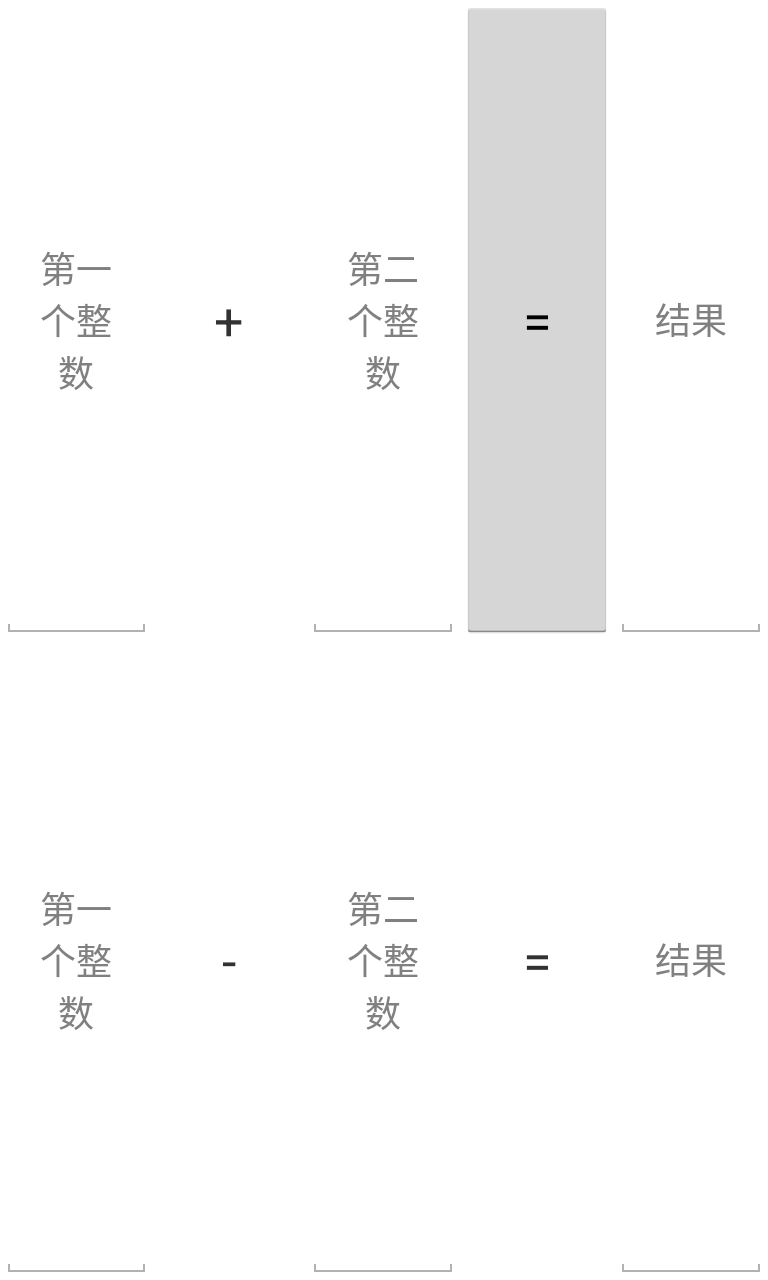
Repository: ouyangshengduo/Android_NDK_First
Layout: Android_NDK_Demo001/res/layout/activity_main.xml
The author's editor kept a copy of each file at every save. The layout is drawn from the files as they stood at one save, then again after the next save.
It is drawn on a 768 x 1280 px phone screen (xhdpi) without system bars, with theme AppTheme; the app's code is not run.

Above is the layout before, as saved 2016-06-10 04:19:40.

### Android_NDK_Demo001/res/layout/activity_main.xml
<LinearLayout xmlns:android="http://schemas.android.com/apk/res/android"
    xmlns:tools="http://schemas.android.com/tools"
    android:layout_width="fill_parent"
    android:layout_height="fill_parent"
    android:orientation="vertical">

    <LinearLayout
        android:layout_height="0dp"
        android:layout_width="fill_parent"
        android:layout_weight="1"
        android:orientation="horizontal">

        <EditText
            android:id="@+id/etAdd_A"
            android:layout_width="0dp"
            android:layout_height="fill_parent"
            android:layout_weight="1"
            android:hint="第一个整数"
            android:gravity="center"
            />
        <TextView
            android:layout_height="fill_parent"
            android:layout_width="0dp"
            android:layout_weight="1"
            android:layout_gravity="center"
            android:gravity="center"
            android:text="+"
            android:textSize="26sp"/>

        <EditText
            android:id="@+id/etAdd_B"
            android:layout_width="0dp"
            android:layout_height="fill_parent"
            android:layout_weight="1"
            android:hint="第二个整数"
            android:gravity="center"
            />
        <Button
            android:id="@+id/btn_Add"
            android:layout_height="fill_parent"
            android:layout_width="0dp"
            android:layout_weight="1"
            android:gravity="center"
            android:text="="
            android:textSize="26sp"/>

        <EditText
            android:id="@+id/etAddResult"
            android:layout_width="0dp"
            android:layout_height="fill_parent"
            android:layout_weight="1"
            android:hint="结果"
            android:gravity="center"
            />
    </LinearLayout>

    <LinearLayout
        android:layout_height="0dp"
        android:layout_width="fill_parent"
        android:layout_weight="1"
        android:orientation="horizontal">

        <EditText
            android:id="@+id/etSub_A"
            android:layout_width="0dp"
            android:layout_height="fill_parent"
            android:layout_weight="1"
            android:hint="第一个整数"
            android:gravity="center"
            />
        <TextView
            android:layout_height="fill_parent"
            android:layout_width="0dp"
            android:layout_weight="1"
            android:layout_gravity="center"
            android:gravity="center"
            android:text="-"
            android:textSize="26sp"/>

        <EditText
            android:id="@+id/etSub_B"
            android:layout_width="0dp"
            android:layout_height="fill_parent"
            android:layout_weight="1"
            android:hint="第二个整数"
            android:gravity="center"
            />
        <TextView
            android:layout_height="fill_parent"
            android:layout_width="0dp"
            android:layout_weight="1"
            android:gravity="center"
            android:text="="
            android:textSize="26sp"/>

        <EditText
            android:id="@+id/etSubResult"
            android:layout_width="0dp"
            android:layout_height="fill_parent"
            android:layout_weight="1"
            android:hint="结果"
            android:gravity="center"
            />
    </LinearLayout>

</LinearLayout>

Loaded but not shown: Android_NDK_Demo001/res/values/styles.xml (common file); Android_NDK_Demo001/res/values-v11/styles.xml (common file); Android_NDK_Demo001/res/values-v14/styles.xml (common file)

After the next save:
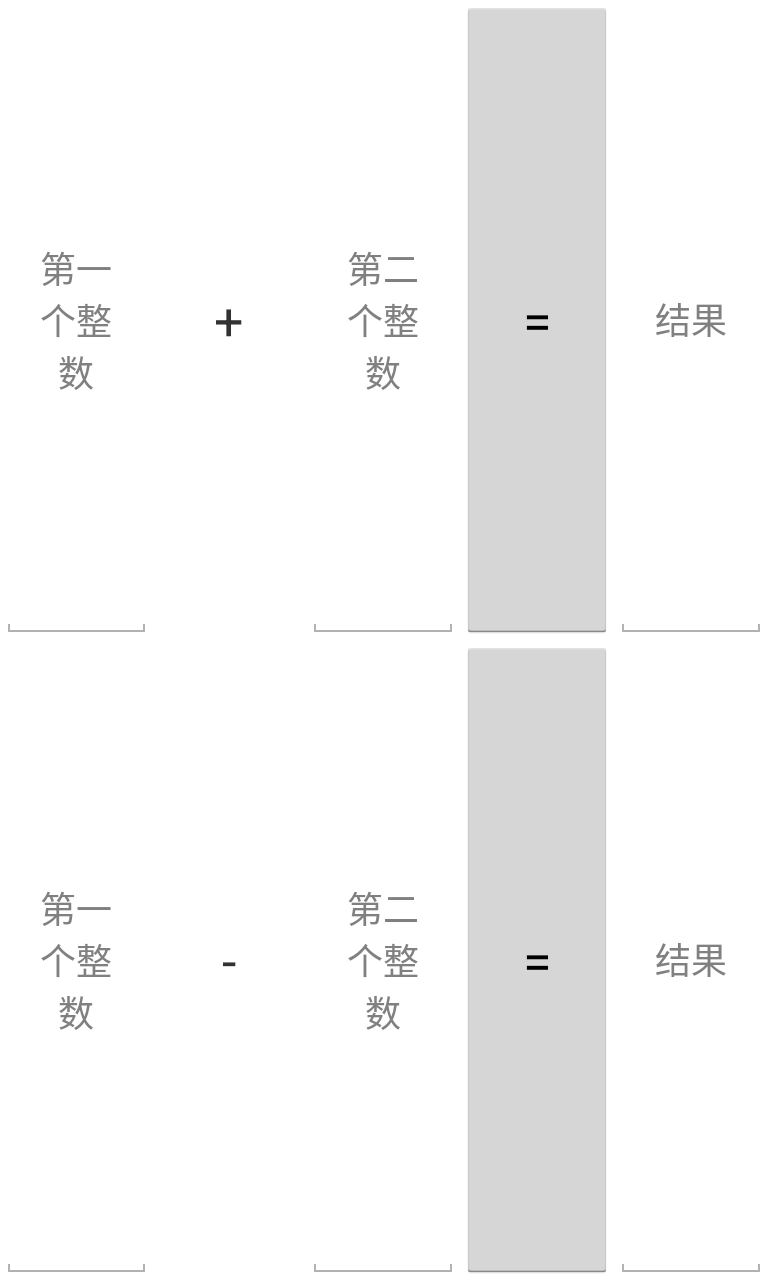
Saved 18 s later.
--- a/Android_NDK_Demo001/res/layout/activity_main.xml
+++ b/Android_NDK_Demo001/res/layout/activity_main.xml
@@ -85,7 +85,8 @@
             android:hint="第二个整数"
             android:gravity="center"
             />
-        <TextView
+        <Button
+            android:id="@+id/btn_Sub"
             android:layout_height="fill_parent"
             android:layout_width="0dp"
             android:layout_weight="1"
